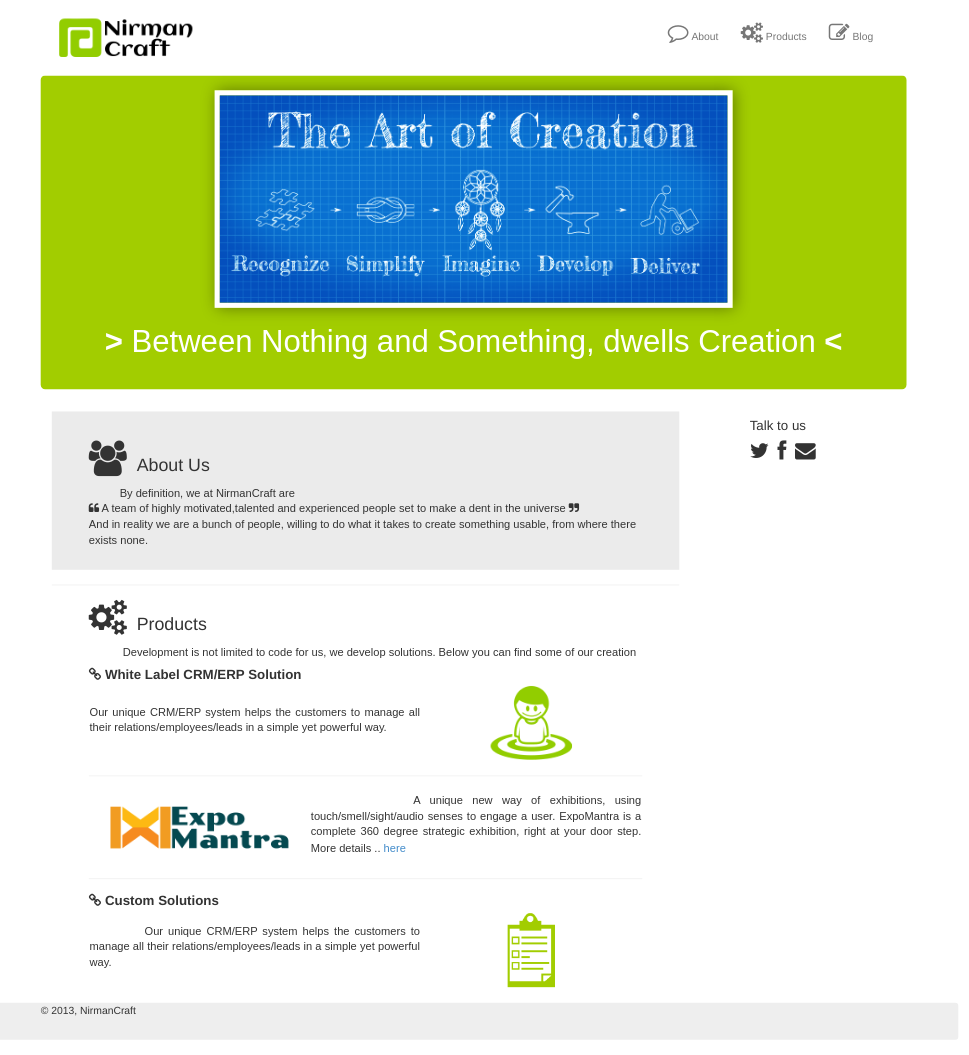
Repository: MeShreyas/NirmanCraftWebsite
Page: NirmanCraft/index.html
These files come from the project's save history. The page is drawn as it stood at one moment and after the next save; the edit follows.
The browser window is 1280 px wide. The page is 1310 px wide, so the pictures cover 1310 px, including what lies to the right of the window. The pictures show the whole page, at 74% of full size.
Some web fonts or font styles are not loaded; a fallback is used.

Above is the page before, as saved 2013-10-08 14:45:05.
Console error: ReferenceError: jQuery is not defined

After the next save:
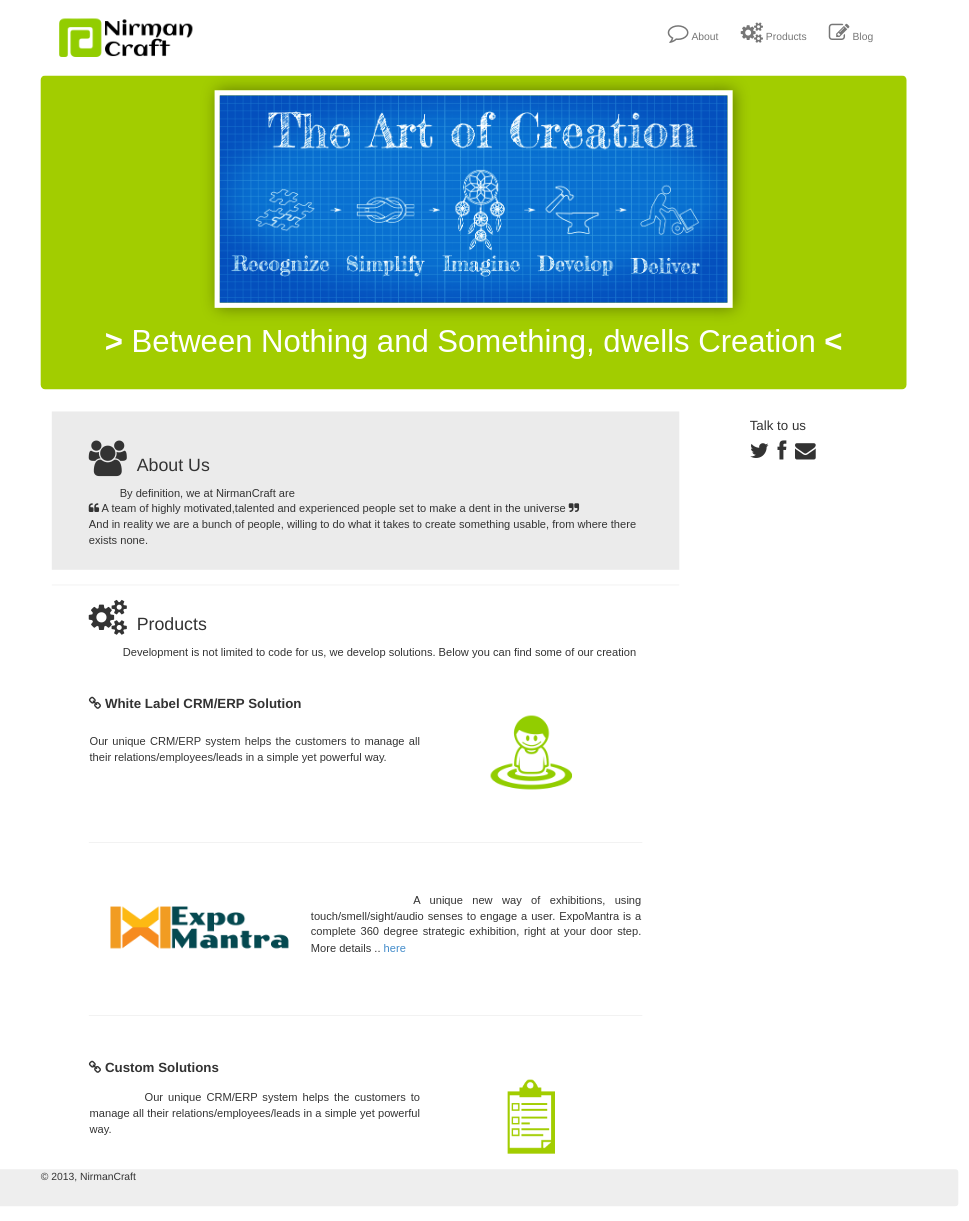
Saved 100 s later.
--- a/NirmanCraft/index.html
+++ b/NirmanCraft/index.html
@@ -34,6 +34,10 @@
 			.body-text {
 				font-size:15px;
 				font-family: 'Raleway', sans-serif;
+			}
+			.spacer {
+				padding-top:20px;
+				padding-bottom:20px;
 			}
 		</style>
 	</head>
@@ -103,7 +107,7 @@
 								</p>
 								<div>
 									<div class="list-group">
-
+											<div class="spacer"></div>
 											<div>
 												<h4 class="list-group-item-heading">
 													<i class="icon-link"></i>&nbsp;<strong>White Label CRM/ERP Solution</strong>
@@ -122,7 +126,9 @@
 													</table>
 												</p>
 											</div>
+											<div class="spacer"></div>
 											<hr/>
+											<div class="spacer"></div>
 											<div>
 												<h4 class="list-group-item-heading">
 													<strong></strong>
@@ -146,7 +152,9 @@
 													</table>
 												</p>
 											</div>
+											<div class="spacer"></div>
 											<hr/>
+											<div class="spacer"></div>
 											<div>
 												<h4 class="list-group-item-heading">
 													<i class="icon-link"></i>&nbsp;<strong>Custom Solutions</strong>
